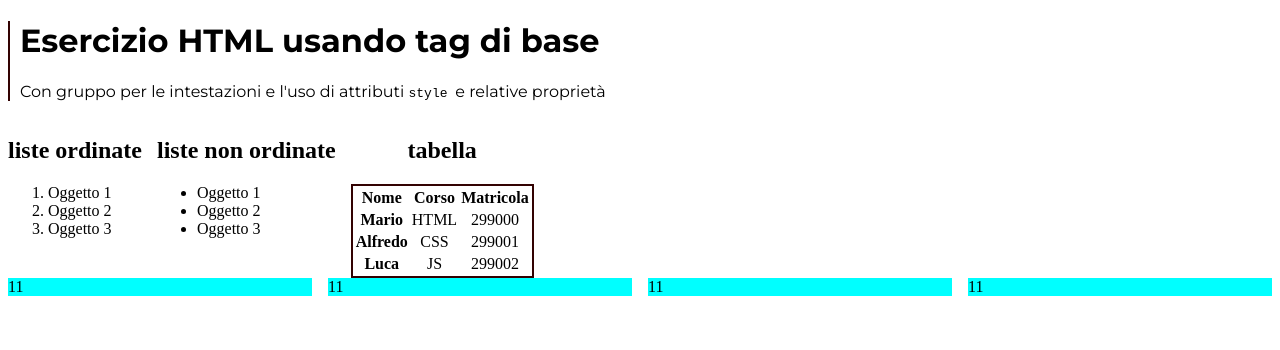
Repository: CryptoFamilyNFT/develhope
Page: html/secondo.html
An editor plug-in stored every save of this project. The page is shown before and after the next save, followed by the edit.
The browser window is 1280 px wide. The pictures show the whole page.

Above is the page before, as saved 2024-10-29 19:46:03.

After the next save:
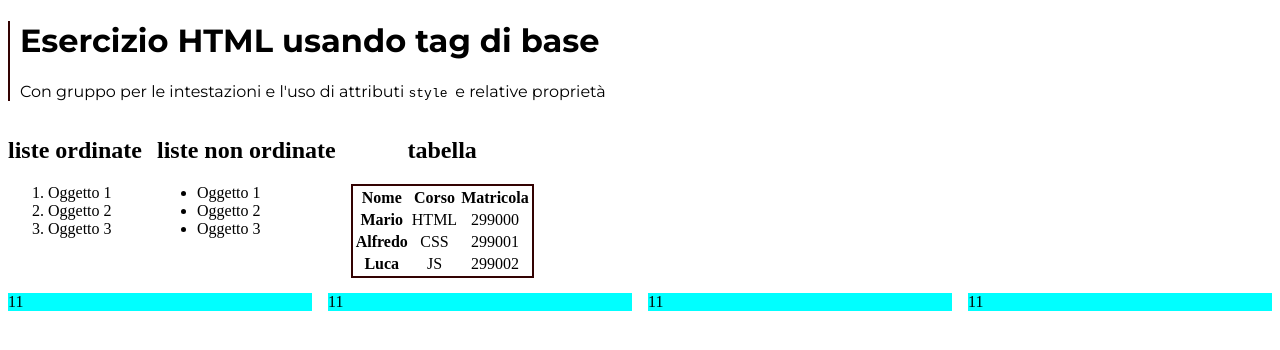
Saved 34 s later.
--- a/html/secondo.html
+++ b/html/secondo.html
@@ -88,7 +88,7 @@
                 </table>
             </div>
         </div>
-        <div style="columns: 4; column-width: auto;">
+        <div style="columns: 4; column-width: auto; margin-top: 15px;">
             <div style="background-color: aqua;">11</div>
             <div style="background-color: aqua;">11</div>
             <div style="background-color: aqua;">11</div>
